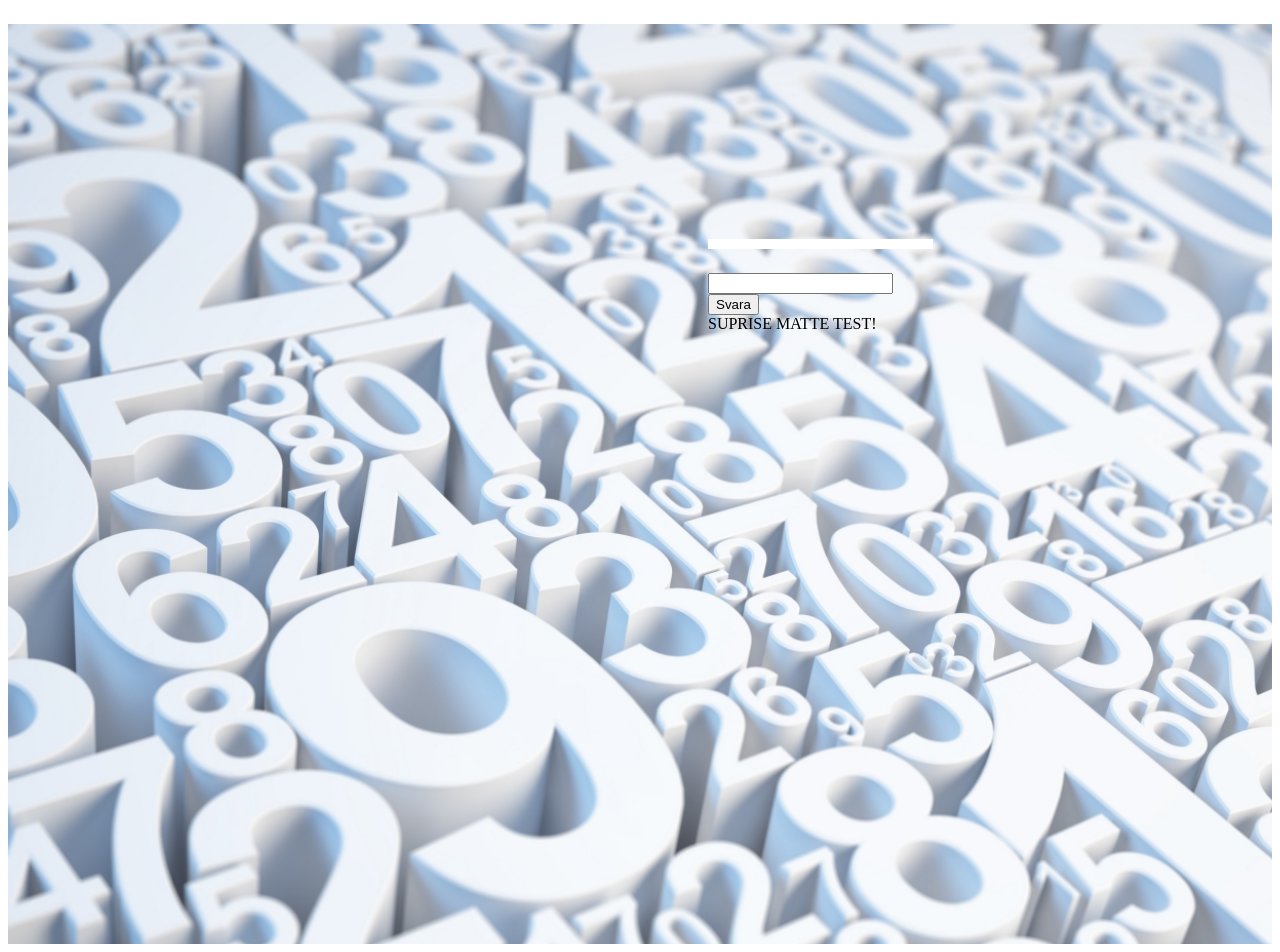
Repository: lw222gz/1dv403-laborationer-lw222gz
Page: 4-thequiz/index.html
The author's editor kept a record of every edit. The page is drawn from the files as they stood at one moment, then again after the next edit.
The browser window is 1280 px wide. The pictures show the whole page.
The page's requests for data from a server got no answer.

Above is the page before.

### 4-thequiz/index.html
<!DOCTYPE html>
<html lang="sv">
    <head>
        <title>The quiz</title>
        <meta charset="utf-8" />
        <link rel="stylesheet" href="style.css" />
        <link href='http://fonts.googleapis.com/css?family=Indie+Flower' rel='stylesheet' type='text/css'>
    </head>
<body>
    <div id="container">
        <div id="board">
            <p id="question"></p>
            <input type="text" id="svar"/>
            <input id="button" type="submit" value="Svara"/>
            <div id="questionStatus">SUPRISE MATTE TEST!</div>
        </div>
    </div>
    <script src="quiz.js"></script>
</body>
</html>

### 4-thequiz/style.css
#container{
    margin-top:0;
    width:100%;
    height:920px;
    background-image:url(numbers.jpg);
    background-size:1650px;
    background-repeat:no-repeat;
}
#board{
    position:relative;
    left:700px;
    top:215px;
    width:235px;
    height:65px;
}
#question{
    font-family: 'Indie Flower', cursive;
    font-size:24px;
    width:215px;
    height:auto;
    padding:5px;
    background-color:white;
}

### 4-thequiz/quiz.js
"use strict";

var quiz = {
    init:function(){
        quiz.renderQuestion("http://vhost3.lnu.se:20080/question/1")
    },

    renderQuestion: function(url){

        var serverQuestion = document.getElementById("question");
        var XHR = new XMLHttpRequest();
        var input = document.getElementById("svar");
        input.value = "";

        XHR.onreadystatechange = function(){
            if (XHR.readyState === 4 && XHR.status === 200)
            {
                var serverObj = JSON.parse(XHR.responseText);
                serverQuestion.innerHTML = serverObj.question;

                document.getElementById("button").addEventListener("click", function(e){
                    if (input.value !== "")
                    {
                        quiz.answerQuestion(input.value, serverObj.nextURL)
                    }
                    else
                    {
                        e.preventDefault();
                    }
                })
                document.getElementById("svar").addEventListener("keydown", function(e) {
                    if (e.keyCode === 13)
                    {
                        if (input.value !== "")
                        {
                            quiz.answerQuestion(input.value, serverObj.nextURL)
                        }
                        else
                        {
                            e.preventDefault();
                        }
                    }
                })
            }
        }
        XHR.open("GET",url , true)
        XHR.send(null)

    },

    answerQuestion: function(answer, url){
        var xhr1 = new XMLHttpRequest();
        var i;
        xhr1.onreadystatechange = function(){
             if (xhr1.readyState === 4)
             {
                var response = JSON.parse(xhr1.responseText);
                if (response.message === "Correct answer!")
                {

                    if (response.nextURL !== undefined)
                    {
                        tryArr.push(quiz.Tries)
                        quiz.renderQuestion(response.nextURL)
                        document.getElementById("questionStatus").innerHTML = "Rätt svar!"
                        console.log(quiz.tryArray)
                    }
                    else
                    {

                        document.getElementById("questionStatus").innerHTML = "Du klara dig! Resultat:"
                        document.getElementById("button").disabled = true;
                        document.getElementById("svar").value = "";
                        document.getElementById("svar").disabled = true;
                        for (i = 1; i < quiz.tryArray.length + 1; i +=1)
                        {
                            var pTag = document.createElement("p")
                            pTag.innerHTML = "Fråga "+i+": "+tryArr[i-1]+" försök"
                            document.getElementById("questionStatus").appendChild(pTag);
                        }
                    }
                }
                else
                {
                    Tries += 1;
                    document.getElementById("svar").value = "";
                    console.log(quiz.tryArray)
                    document.getElementById("questionStatus").innerHTML = "Fel svar!"
                }
            }
        }
        var sendAnswer = JSON.stringify({answer: answer})
        xhr1.open("POST",url , true)
        xhr1.setRequestHeader("Content-type", "application/json")
        xhr1.send(sendAnswer)
    },
}
window.onload = quiz.init;

After the next edit:
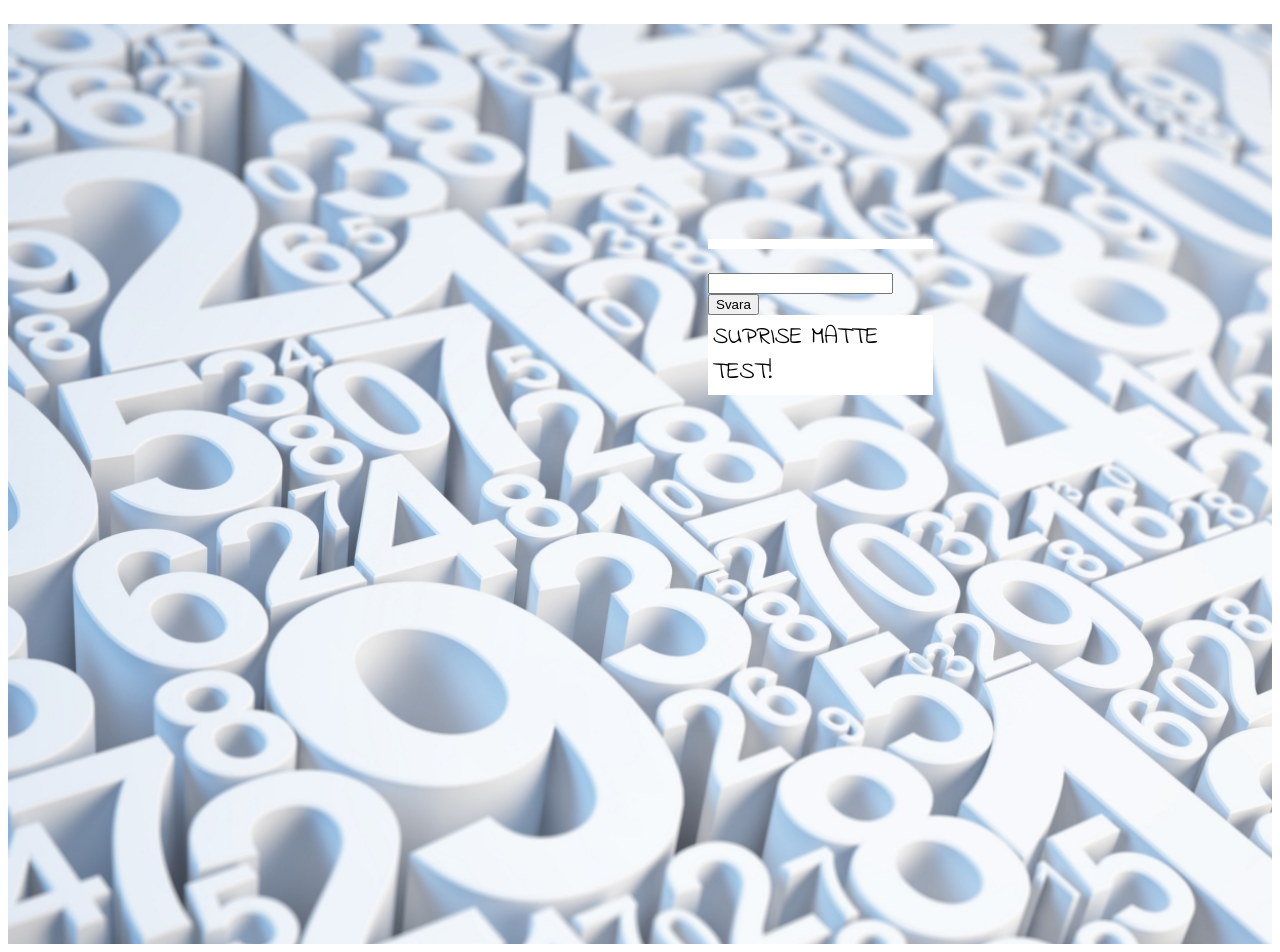
The edit:
--- a/4-thequiz/style.css
+++ b/4-thequiz/style.css
@@ -21,3 +21,11 @@
     padding:5px;
     background-color:white;
 }
+#questionStatus{
+    font-family: 'Indie Flower', cursive;
+    font-size:24px;
+    width:215px;
+    height:auto;
+    padding:5px;
+    background-color:white;
+}
